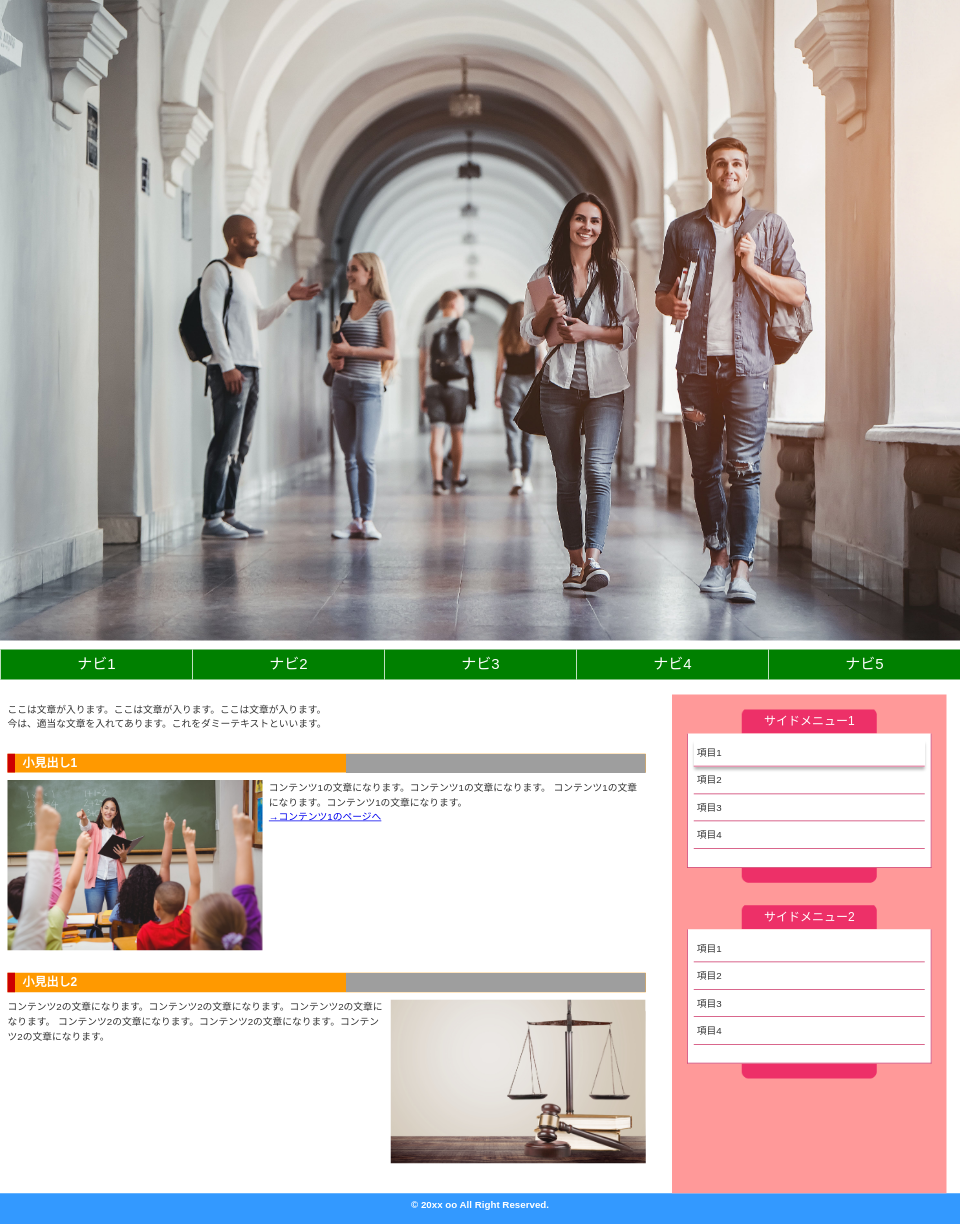
Repository: bonjyuru/samurai_HTML-CSS
Page: index.html
The author's editor kept a record of every edit. The page is drawn from the files as they stood at one moment, then again after the next edit.
The browser window is 1280 px wide. The pictures show the whole page, at 75% of full size.
The pointer rests on the first visible `#side .boxBody ul li`.
Pictures or frames that could not be fetched are drawn as grey boxes.

Above is the page before.

After the next edit:
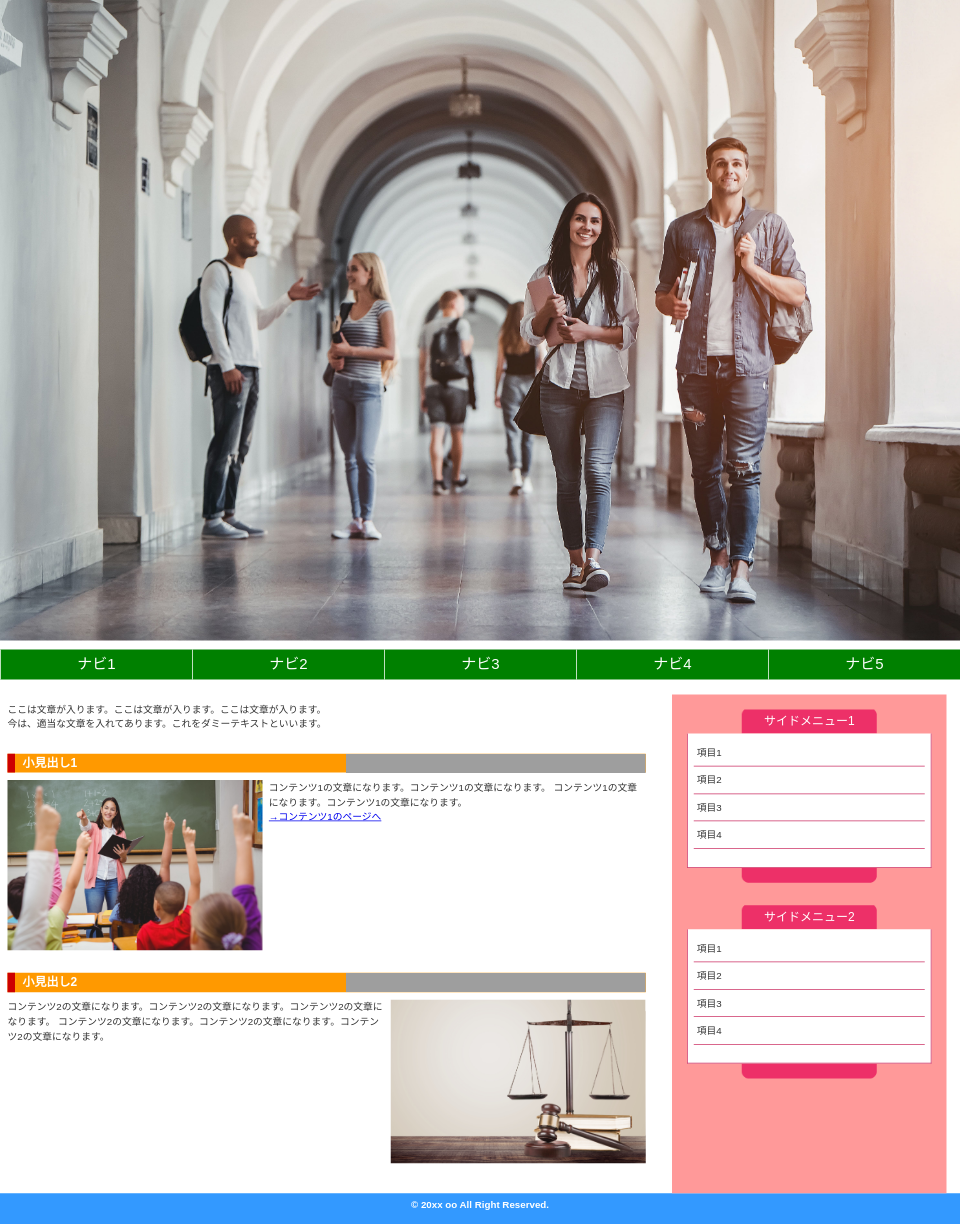
The edit:
--- a/stylesheet.css
+++ b/stylesheet.css
@@ -168,7 +168,7 @@
     border-bottom: solid 1px #C36;
 }
 
- #side .boxBody ul li:hover {
+ #side .box.boxBody ul li:hover {
      padding: 8px 0 8px 4px;
      list-style: none;
      border-bottom:  solid 1px #C36;
